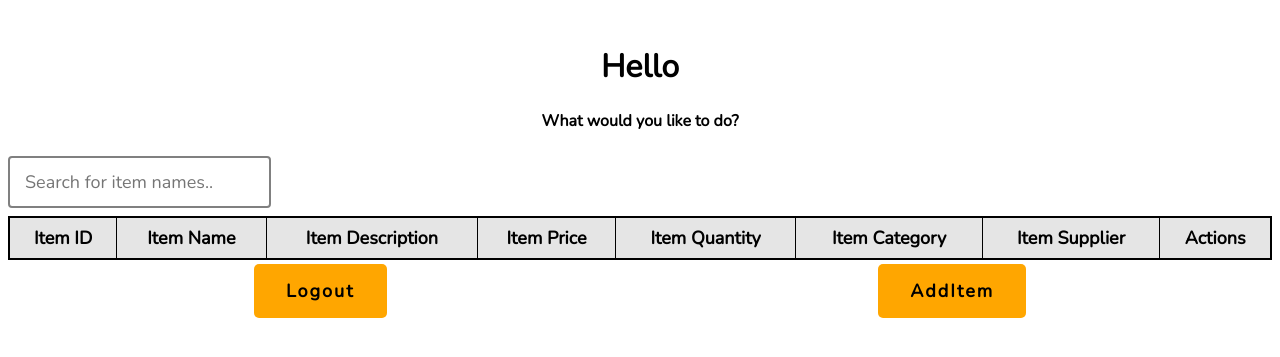
Repository: arshad-shah/Software-enginnering-3-software-patterns
Page: http://localhost/InventorySystemApp/inventory.jsp
An editor plug-in stored every save of this project. The page is shown before and after the next save, followed by the edit.
The browser window is 1280 px wide. The pictures show the whole page.
The page is served by Tomcat 9.

Above is the page before, as saved 2021-11-23 11:42:51.

After the next save:
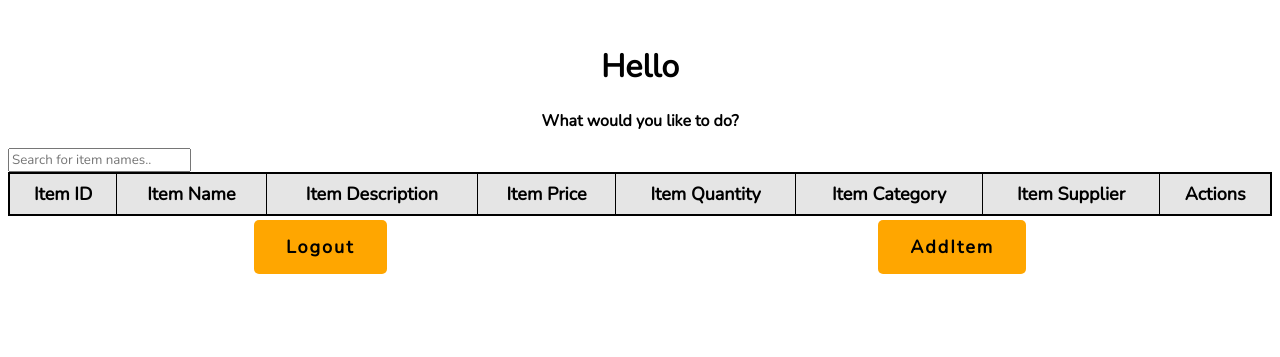
Saved 14 s later.
--- a/workspace/InventorySystemApp/WebContent/inventory.jsp
+++ b/workspace/InventorySystemApp/WebContent/inventory.jsp
@@ -20,7 +20,7 @@ pageEncoding="ISO-8859-1"%>
     <h1><b>Hello <c:out value="${user}" /></b></h1>
     	<b>What would you like to do?</b>
     </div>
-	<input class="input" type="text" id="myInput" onkeyup="searchFunction()" placeholder="Search for item names.." title="Type in a name">
+	<input class="searchinput" type="text" id="myInput" onkeyup="searchFunction()" placeholder="Search for item names.." title="Type in a name">
     <!-- fill out the table with the inventory from sessionScope -->
     <table border="1" id="myTable">
       <tr>

After the save that followed:
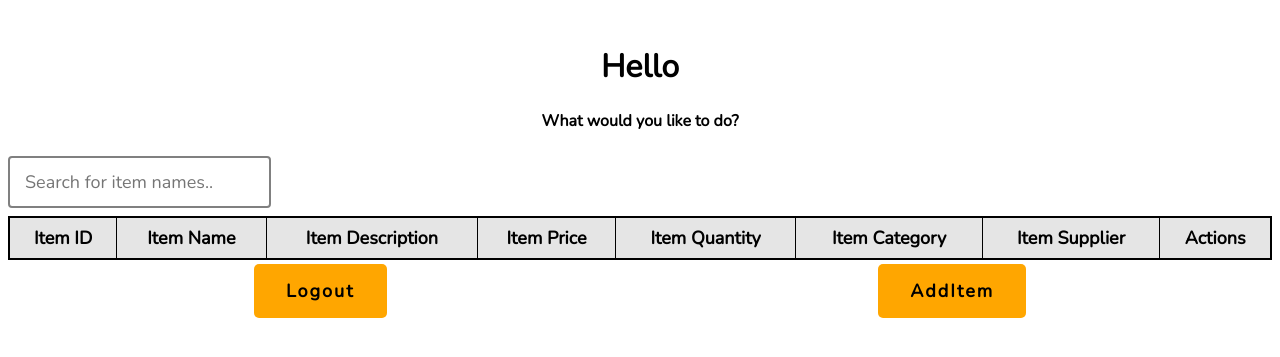
Saved 20 s later.
--- a/workspace/InventorySystemApp/WebContent/style.css
+++ b/workspace/InventorySystemApp/WebContent/style.css
@@ -102,6 +102,14 @@
   	border-radius: 4px;
   	font-size: 18px;
 }
+.searchinput{
+	padding: 12px 15px;
+	margin: 8px 0;
+	box-sizing: border-box;
+	border: 2px solid grey;
+  	border-radius: 4px;
+  	font-size: 18px;
+}
 
 
 table {
